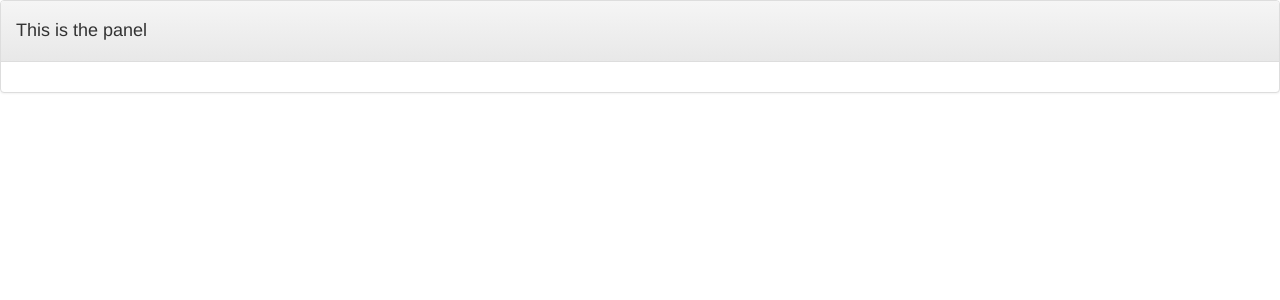
Repository: chisun-joung/workplace
Page: angularJS/WebContent/Chap17_CustomDirective/P512_Transclude.html
These files come from the project's save history. The page is drawn as it stood at one moment and after the next save; the edit follows.
The browser window is 1280 px wide. The pictures show the whole page.
Some web libraries are served in a nearby version.

Above is the page before, as saved 2016-12-01 01:29:18.

After the next save:
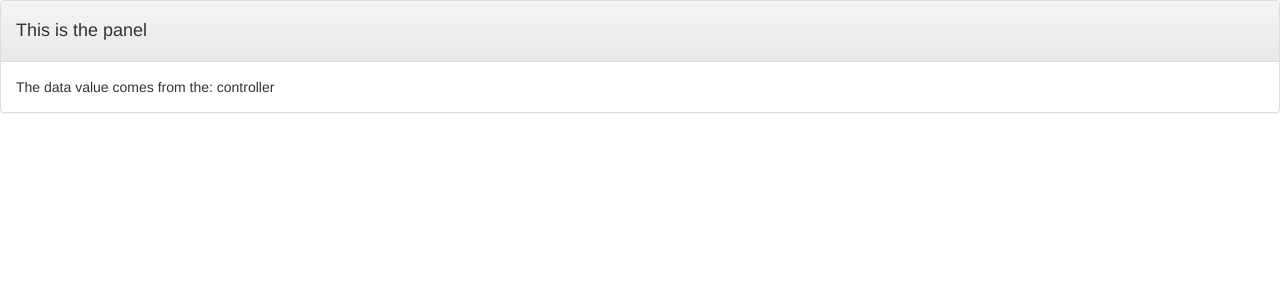
Saved 6 min 19 s later.
--- a/angularJS/WebContent/Chap17_CustomDirective/P512_Transclude.html
+++ b/angularJS/WebContent/Chap17_CustomDirective/P512_Transclude.html
@@ -10,7 +10,14 @@
 			<div class="panel-heading">
 				<h4>This is the panel</h4>
 			</div>
-			<div class="panel-body">
+			<!--
+				지시자(태그) 내부의 요소는 지정한 template으로 교체되므로
+				원래 그 내부에 있던 요소들은 표시되지 않는다(대체됨)
+				그 내부 요소를 그대로 표시하고자 할 경우 사용
+				ng-transclude가 포함된 태그 내부에 원래 요소가 포함된다.
+				지시자 속성에 transclude: true 형태로 기술할 필요가 있음.
+			 -->
+			<div class="panel-body" ng-transclude>
 			</div>
 		</div>
 	</script>
@@ -18,6 +25,7 @@
 		angular.module("exampleApp", [])
 			.directive("panel", function () {
 				return {
+					transclude: true,
 					link: function (scope, element, attrs) {
 						scope.dataSource = "directive";
 					},
